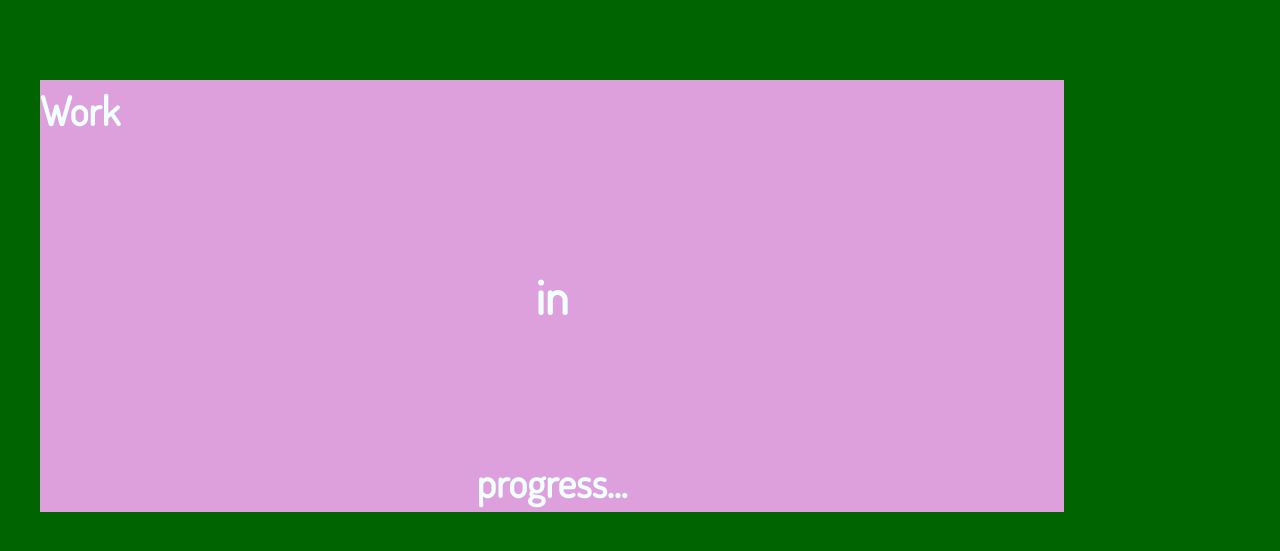
Repository: NollieChtn6/NollieChtn6.github.io
Page: index.html
These files come from the project's save history. The page is drawn as it stood at one moment and after the next save; the edit follows.
The browser window is 1280 px wide. The pictures show the whole page.

Above is the page before, as saved 2023-11-10 18:12:08.

### index.html

<!DOCTYPE html>

<html lang="fr">

<head>
  <meta charset="utf-8">
  <meta name="viewport" content="width=device-width">
  <link href="css/reset.css" rel="stylesheet">
  <link href="css/style.css" rel="stylesheet">
  <link
    href="https://fonts.googleapis.com/css2?family=Dosis&display=swap"
    rel="stylesheet">
  <title>Portfolio</title>
</head>

<body>

  <main class="main__container">

    <div class="main__content">

      <h1 class="main__title">
        <span class="main__title main__title--level-1">
          Work
        </span>
        <span class="main__title main__title--level-2">
          in
        </span>
        <span class="main__title main__title--level-3">
          progress...
        </span>
      </h1>

    </div>

  </main>

</body>

</html>

### css/style.css
/* VARIABLES */

/* :root {

} */


/* GÉNÉRAL */

* {
  box-sizing: border-box;
}

html {
  font-size: 62.5%;
}

body {
  display: flex;
  flex-direction: column;
  height: 100vh;
  min-height: 100vh;
}

h1 {
  font-family: 'Dosis', sans-serif;
}


/* MAIN  */

.main__container {
  display: flex;
  flex-direction: column;
  background-color: antiquewhite;
  height: 100vh;
  width: 100vw;
}

.main__content {
  display: flex;
  flex-direction: column;
  background-color:darkgreen;
  height: 100vh;
  width: 100vw;
  /* padding: 5rem 0rem 0rem 8rem; */
  /* justify-content: center; */
  /* align-items: center; */
  padding-top: 8rem;
  padding-left: 4rem;;

}

h1 {
  display: flex;
  flex-direction: column;
  width: 80vw;
  height: 60vh;
  font-size: 4rem;
  background-color: plum;
  color: azure;
  justify-content:  space-between;
}

.main__title--level-1 {
  align-self: start;

}

.main__title--level-2 {
  align-self: center;
  font-size: 1.2em;
}

.main__title--level-3 {
  align-self: center;
  font-size: 1em;
}

Loaded but not shown: css/reset.css (common file)

After the next save:
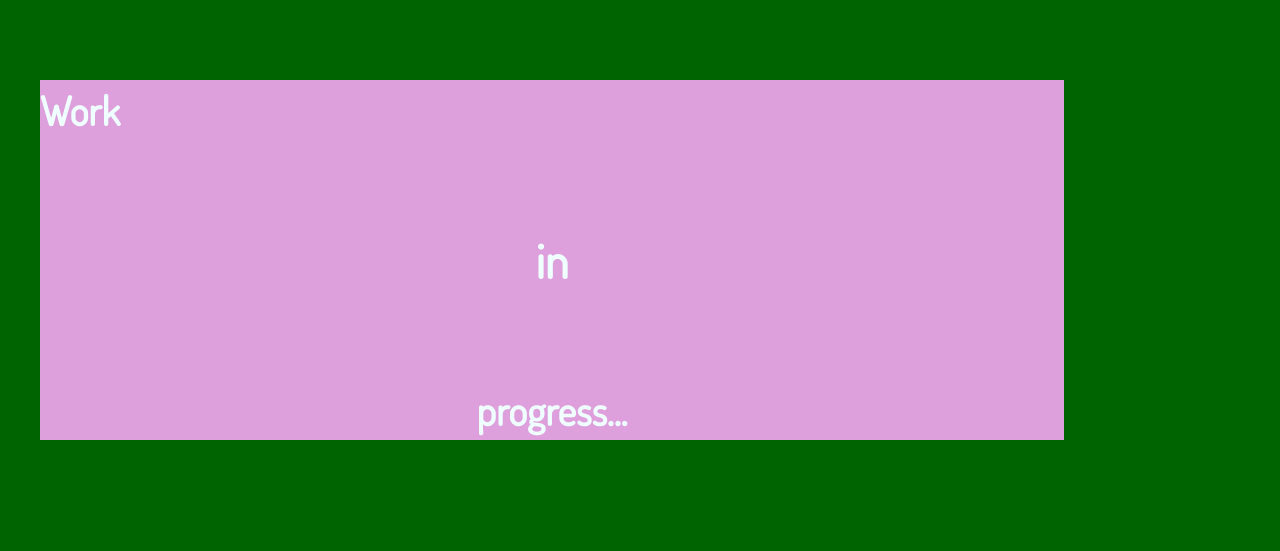
Saved 17 s later.
--- a/css/style.css
+++ b/css/style.css
@@ -55,11 +55,11 @@ h1 {
   display: flex;
   flex-direction: column;
   width: 80vw;
-  height: 60vh;
+  height: 50vh;
   font-size: 4rem;
   background-color: plum;
   color: azure;
-  justify-content:  space-between;
+  justify-content: space-between;
 }
 
 .main__title--level-1 {
